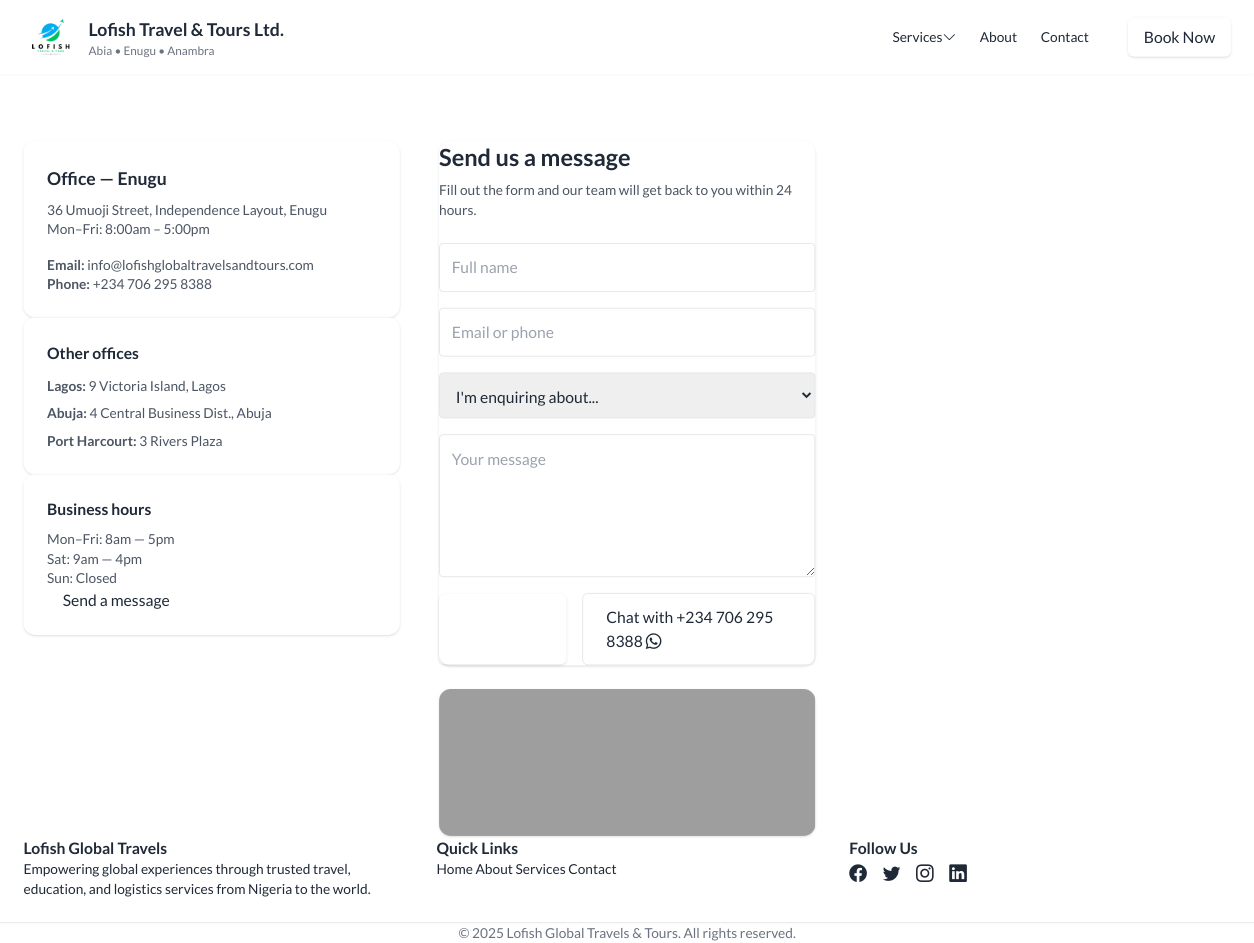
Repository: PhantomMiles/Lofish-Travels-and-Tours
Page: contact.html
The author's editor kept a copy of each file at every save. The page is drawn from the files as they stood at one save, then again after the next save.
The browser window is 1280 px wide. The pictures show the whole page, at 98% of full size.
Pictures or frames that could not be fetched are drawn as grey boxes. Some web libraries are served in a nearby version.

Above is the page before, as saved 2025-11-14 10:47:48.

After the next save:
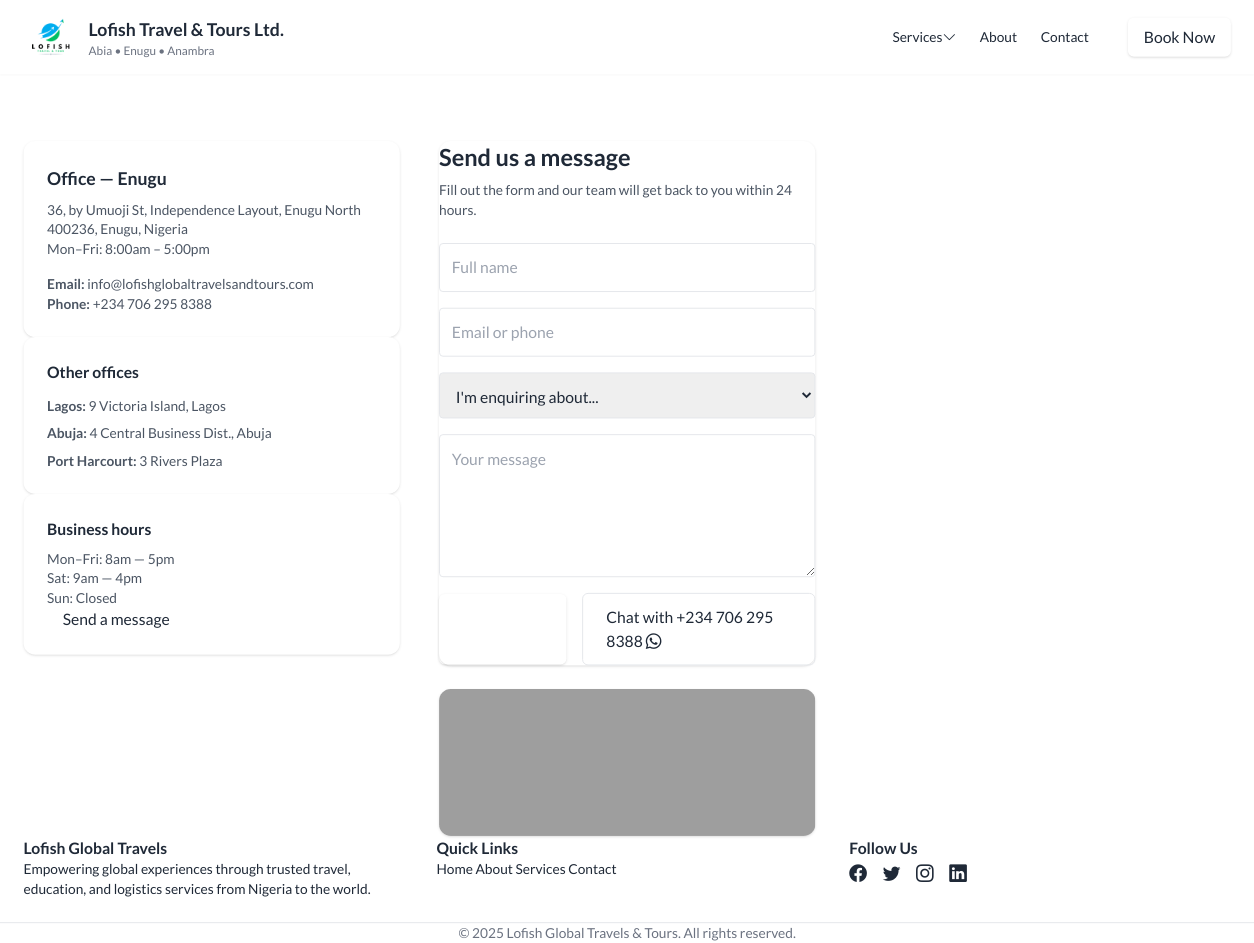
Saved 2 min 41 s later.
--- a/contact.html
+++ b/contact.html
@@ -112,7 +112,7 @@
         <div class="p-6 bg-white rounded-xl shadow">
           <h3 class="text-lg font-semibold text-royalBlue">Office — Enugu</h3>
           <p class="text-sm text-gray-600 mt-2">
-            36 Umuoji Street, Independence Layout, Enugu <br>
+            36, by Umuoji St, Independence Layout, Enugu North 400236, Enugu, Nigeria <br>
             Mon–Fri: 8:00am – 5:00pm
           </p>
           <div class="mt-4 text-sm text-gray-600">
